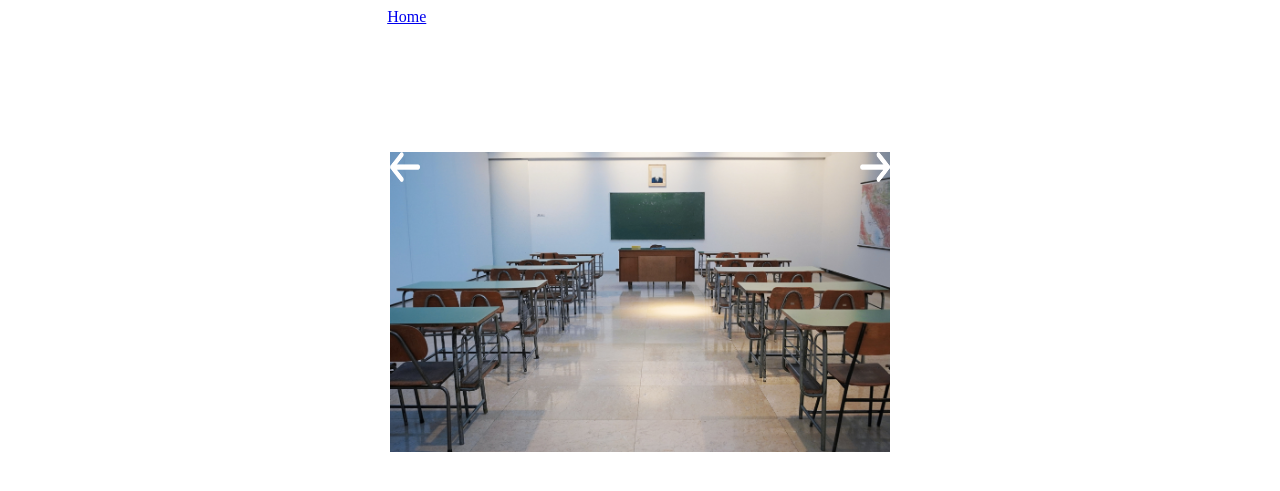
Repository: anoncoderin/dcd-week3-useEffect-carousel
Page: /carouselPage
An editor plug-in stored every save of this project. The page is shown before and after a run of saves, followed by the edit.
The browser window is 1280 px wide. The pictures show the whole page.
The project was rebuilt for these pictures with package versions that can differ from the ones it lists, and the page was loaded fresh each time. The framework's server and built-in components were replaced by stand-ins that run in the browser. Also part of the build but not shown: next.config.js.

Above is the page before, as saved 2023-02-20 13:44:23.

After the next 2 saves:
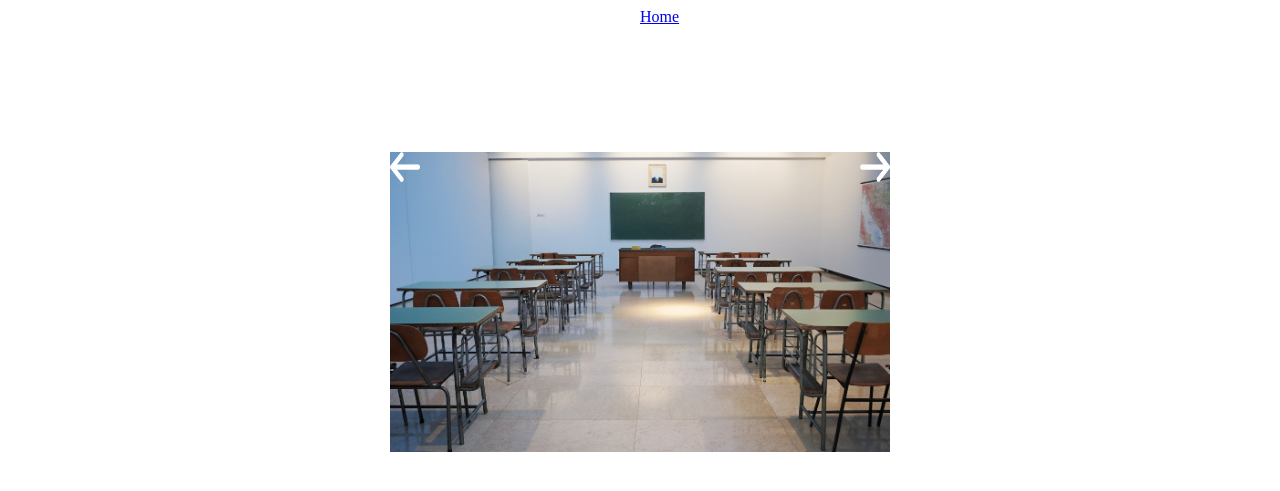
The 2 saves are shown as one change because they came seconds apart.
The last was saved 17 s later.
--- a/styles/carouselPage.module.css
+++ b/styles/carouselPage.module.css
@@ -1,3 +1,3 @@
 .page{
-    margin-left: 30%;
+    margin-left: 50%;
 }
